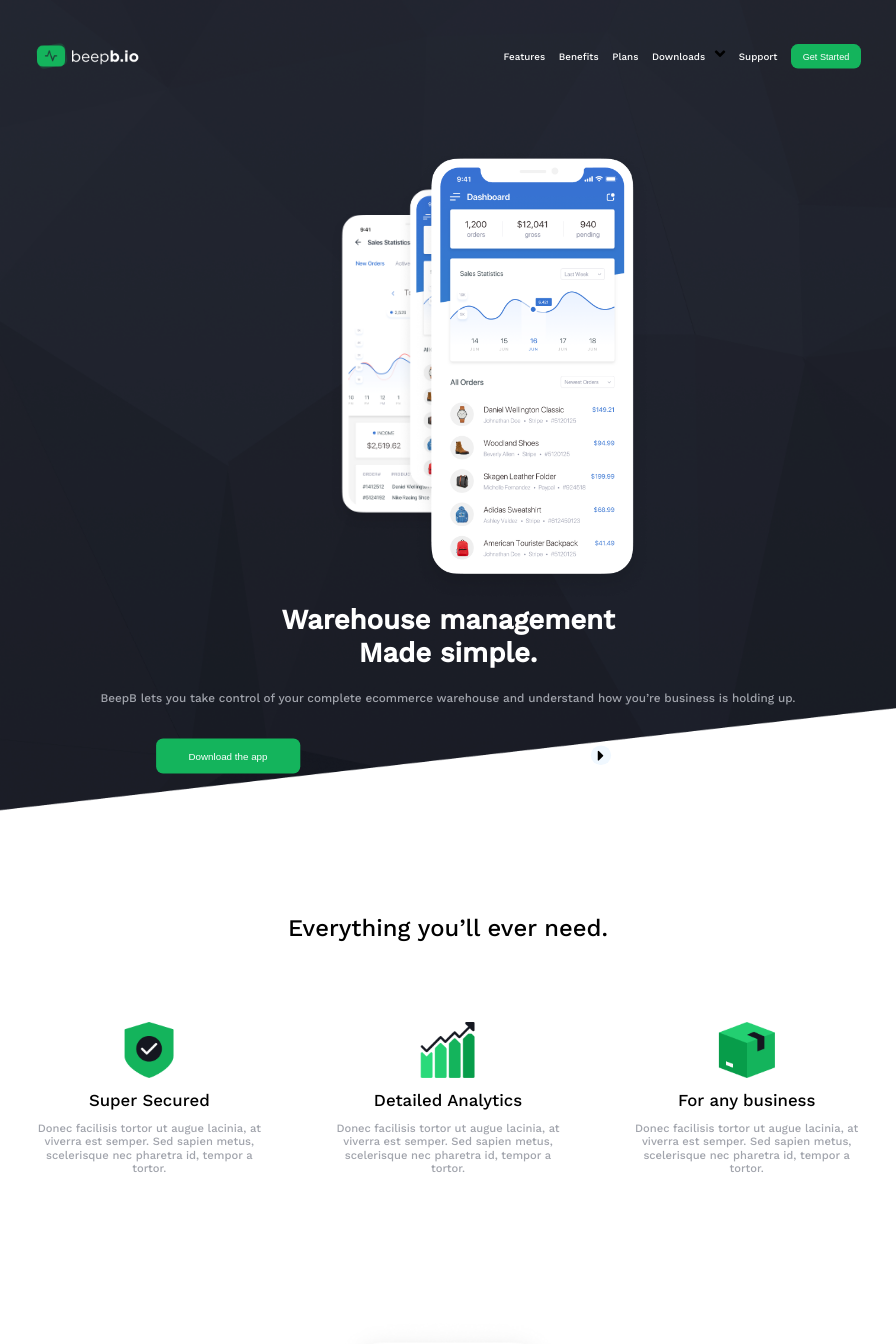
Repository: thinhnguyen347/thinhnguyen347.github.io
Page: cut-html-css/index.html
The author's editor kept a copy of each file at every save. The page is drawn from the files as they stood at one save, then again after the next save.
The browser window is 1280 px wide. The pictures show the part of the page from y = 0 to 1920 px (the page is 4913 px tall before and 4471 px after), at 70% of full size.

Above is the page before, as saved 2021-11-10 17:39:17.

### cut-html-css/index.html
<!-- Source: https://www.sketchappsources.com/free-source/3445-mobile-app-landing-page-sketch-freebie-resource.html -->

<!DOCTYPE html>
<html lang="en">

<head>
    <meta charset="UTF-8">
    <meta http-equiv="X-UA-Compatible" content="IE=edge">
    <meta name="viewport" content="width=device-width, initial-scale=1.0">
    <title>Mobile App</title>
    <link rel="shortcut icon" href="https://i.ibb.co/ypjQ3yW/M.png" type="image/x-icon">
    <link rel="stylesheet" href="./css/style.css">
    <link rel="stylesheet" href="./css/style2.css">
    <link rel="stylesheet" type="text/css" href="slick/slick.css" />
    <link rel="stylesheet" href="https://cdnjs.cloudflare.com/ajax/libs/font-awesome/5.15.3/css/all.min.css"
        integrity="sha512-iBBXm8fW90+nuLcSKlbmrPcLa0OT92xO1BIsZ+ywDWZCvqsWgccV3gFoRBv0z+8dLJgyAHIhR35VZc2oM/gI1w=="
        crossorigin="anonymous" />
    <script src="https://ajax.googleapis.com/ajax/libs/jquery/3.6.0/jquery.min.js"></script>

</head>

<body>
    <div class="container1">
        <div class="section1">
            <div class="menu-panel-desktop ">
                <div class="logo"><a href="#" target="_self"><img src="img/logo.png" alt="beepb.io" height="40px"></a>
                </div>

                <div class="menu">
                    <ul>
                        <li><a href="#">Features</a></li>
                        <li><a href="#">Benefits</a></li>
                        <li><a href="#">Plans</a></li>
                        <li class="menuitem"><a href="#">Downloads &nbsp; <i class="fas fa-angle-down"></i></a>
                            <ul class="drop-down">
                                <li><a href="#">Android version</a></li>
                                <li><a href="#">iOs version</a></li>
                                <li><a href="#">ChromeOS version</a></li>
                            </ul>
                        </li>
                        <li><a href="#">Support</a></li>
                        <li><button class="get-started fontwhite">Get Started</button></li>
                    </ul>

                </div>
            </div>
            <!-- Mobile menu -->
            <div class="menu-panel-mobile">

                <div class="logo-mobile">
                    <img class="menu-icon" src="https://i.ibb.co/6vzRnYW/menubtn-white.png" alt="menu" height="35px"
                        width="40px">
                    <a href="#" target="_self"><img src="img/logo.png" alt="beepb.io" height="40px"></a>
                </div>

                <div class="menu-mobile">
                    <div class="item"><a href="#">Features</a></div>
                    <div class="item"><a href="#">Benefits</a></div>
                    <div class="item"><a href="#">Finance</a></div>
                    <div class="item"><a href="#">Downloads</a></div>
                    <div class="item"><a href="#">Sign In</a></div>
                    <button class="get-started-mobile fontwhite">Sign Up</button>
                </div>
            </div>

            <!-- iPhone -->
            <div class="page1">
                <div class="iphone">
                    <img class="iphone-x1" src="img/iphone_x.png" alt="mobile-app" >
                    <img class="iphone-x2" src="img/iphone_x1.png" alt="mobile-app" >
                </div>

                <div class="hero-content fontwhite">
                    <h1>Warehouse management</h1>
                    <h1>Made simple.</h1><br><br>
                    <p>BeepB lets you take control of your complete ecommerce warehouse and understand how you’re
                        business is holding up.</p>
                    <br><br><br>
                    <div class="see-more">
                        <button class="download fontwhite"><a href="#">Download the app</button></a>
                        <div class="watch">
                            <div class="watch-icon"><i class="fas fa-caret-right"></i></div>
                            <div><a href="#">&nbsp;&nbsp; Watch How it Works</a></div>
                        </div>
                    </div>
                </div>
            </div>

            <div class="iphone-mobile">
                <img class="iphone-m" src="img/iphone_x1.png" alt="mobile-app">
                <img class="iphone-m" src="img/iphone_x.png" alt="mobile-app" width="340px">
            </div>
        </div>

        <div class="feature">

            <p>Everything you’ll ever need.</p>
            <div class="f-list">
                <div class="f-items">
                    <div class="f-icon"><img src="./img/shield.png" alt="super-secure"></div>
                    <div>
                        <p class="title">Super Secured</p><br>
                        <p class="f-detail">Donec facilisis tortor ut augue lacinia, at viverra est semper. Sed
                            sapien metus, scelerisque nec pharetra id, tempor a tortor.</p>
                    </div>
                </div>
                <div class="f-items">
                    <div class="f-icon"><img src="./img/bar-chart.png" alt="super-secure"></div>
                    <div>
                        <p class="title">Detailed Analytics</p><br>
                        <p class="f-detail">Donec facilisis tortor ut augue lacinia, at viverra est semper. Sed
                            sapien metus, scelerisque nec pharetra id, tempor a tortor.</p>
                    </div>
                </div>
                <div class="f-items">
                    <div class="f-icon"><img src="./img/box.png" alt="super-secure"></div>
                    <div>
                        <p class="title">For any business</p><br>
                        <p class="f-detail">Donec facilisis tortor ut augue lacinia, at viverra est semper. Sed
                            sapien metus, scelerisque nec pharetra id, tempor a tortor.</p>
                    </div>
                </div>
            </div>
        </div>

    </div>
    <div class="container2">

        <img class="oval-black" src="./img/oval-bl.png" alt="decoration">
        <div class="section2">
            <div class="section2__content">
                <div class="left-panel">
                    <div>
                        <div class="icon"><img src="img/cart1.png" alt="Detailed-Order-Information" width="30px"></div>
                        <p class="title">Detailed Order Information</p>
                        <p class="description">Donec facilisis tortor ut augue lacinia, at viverra est semper.</p>
                    </div>
                    <div>
                        <div class="icon bg"><img src="img/buyer1.png" alt="Detailed-Order-Information" width="30px">
                        </div>
                        <p class="title">Detailed Order Information</p>
                        <p class="description">Donec facilisis tortor ut augue lacinia, at viverra est semper.</p>
                    </div>
                </div>
                <div class="middle">
                    <img class="iphone-x3" src="img/iphone_x2.png" alt="mobile-app" width="340px">
                </div>
                <div class="right-panel">
                    <div>
                        <div class="icon bg"><img src="img/pie.png" alt="Detailed-Order-Information" width="30px"></div>
                        <p class="title">Detailed Order Information</p>
                        <p class="description">Donec facilisis tortor ut augue lacinia, at viverra est semper.</p>
                    </div>
                    <div>
                        <div class="icon bg"><img src="img/brain.png" alt="Detailed-Order-Information" width="30px">
                        </div>
                        <p class="title">Detailed Order Information</p>
                        <p class="description">Donec facilisis tortor ut augue lacinia, at viverra est semper.</p>
                    </div>
                </div>
            </div>
            <button class="download2 download fontwhite"><a href="#">Download App</a></button>
        </div>

        <div class="feature2">
            <img class="oval-green" src="./img/oval_gr.png" alt="decoration">
            <p class="business">For every kind of Business &excl;</p>
            <p class="sub-title">Donec facilisis tortor ut augue lacinia, at viverra est semper.</p>
            <div class="f-list">
                <div class="f-items">
                    <div class="img"><img src="./img/startup.png" alt="super-secure" width="320px"> </div>
                    <div>
                        <p class="title pdtop">Startups</p><br>
                        <p class="f-detail">In hac habitasse platea dictumst. Vivamus adipiscing fermentum quam volutpat
                            aliquam</p>
                    </div>
                </div>
                <div class="f-items">
                    <div class="img"><img src="./img/retailer.png" alt="super-secure" width="320px"></div>
                    <div>
                        <p class="title pdtop">Retailers</p><br>
                        <p class="f-detail">In hac habitasse platea dictumst. Vivamus adipiscing fermentum quam volutpat
                            aliquam</p>
                    </div>
                </div>
                <div class="f-items">
                    <div class="img"><img src="./img/indiv.png" alt="super-secure" width="320px"></div>
                    <div>
                        <p class="title pdtop">Individuals</p><br>
                        <p class="f-detail">In hac habitasse platea dictumst. Vivamus adipiscing fermentum quam volutpat
                            aliquam</p>
                    </div>
                </div>
            </div>
            <button class="download3"><a href="#">Learn more</a></button>
        </div>

        <div class="section3">
            <p class="business">Our users love the app!</p><br><br>
            <!-- Carousel  -->
            <div class="carousel-area">
                <div class="carousel">
                    <div>
                        <div class="review">
                            <p>Donec facilisis tortor ut augue lacinia, at viverra est semper. Sed sapien metus,
                                scelerisque
                                nec pharetra id, tempor a tortor.</p>
                        </div>
                        <div class="rate">
                            <div class="guest"><img src="./img/guest1.jpg" alt="review" width="100px"></div>
                            <div class="personal-rating">
                                <div class="guest-name">
                                    <p>Son Tung</p>
                                </div>
                                <div class="rating">
                                    <i class="far fa-star star-color"></i>
                                    <i class="far fa-star star-color"></i>
                                    <i class="far fa-star star-color"></i>
                                    <i class="far fa-star star-color"></i>
                                    <i class="far fa-star star-color"></i>
                                </div>
                            </div>
                        </div>
                    </div>
                    <div>
                        <div class="review">
                            <p>Donec facilisis tortor ut augue lacinia, at viverra est semper. Sed sapien metus,
                                scelerisque
                                nec pharetra id, tempor a tortor.</p>
                        </div>
                        <div class="rate">
                            <div class="guest"><img src="./img/guest2.jpg" alt="review" width="100px"></div>
                            <div class="personal-rating">
                                <div class="guest-name">
                                    <p>Min</p>
                                </div>
                                <div class="rating">
                                    <i class="far fa-star star-color"></i>
                                    <i class="far fa-star star-color"></i>
                                    <i class="far fa-star star-color"></i>
                                    <i class="far fa-star star-color"></i>
                                    <i class="fas fa-star star-gray"></i>
                                </div>
                            </div>
                        </div>
                    </div>
                    <div>
                        <div class="review">
                            <p>Donec facilisis tortor ut augue lacinia, at viverra est semper. Sed sapien metus,
                                scelerisque
                                nec pharetra id, tempor a tortor.</p>
                        </div>
                        <div class="rate">
                            <div class="guest"><img src="./img/guest3.jpg" alt="review" width="100px"></div>
                            <div class="personal-rating">
                                <div class="guest-name">
                                    <p>Soobin</p>
                                </div>
                                <div class="rating"><i class="far fa-star star-color"></i><i
                                        class="far fa-star star-color"></i><i class="far fa-star star-color"></i><i
                                        class="far fa-star star-color"></i><i class="far fa-star star-color"></i>
                                </div>
                            </div>
                        </div>
                    </div>
                </div>


            </div>
            <!-- End of Carousel  -->
        </div>

        <div class="bg-bottom">

            <div class="dld">
                <div>
                    <p class="title pdtop">Get started with the mobile app!</p><br>
                    <p class="f-detail">Donec facilisis tortor ut augue lacinia, at viverra est semper. Sed sapien
                        metus, scelerisque nec pharetra id, tempor a tortor.</p>
                </div>
                <br><br>
                <img src="./img/gglplay.png" alt="google-play" height="40px">&nbsp;
                <img src="./img/appstore.png" alt="appstore" height="40px">
            </div>


            <div class="container3">

                <div class="logo2"><a href="#" target="_self"><img src="img/logo.png" alt="beepb.io" height="40px"></a>
                </div>

                <div class="bottom-panel">
                    <div class="block-end">
                        <div class="bottom-title">FEATURES</div>
                        <div class="item-end"><a href="#">Tour</a></div>
                        <div class="item-end"><a href="#">Analytics</a></div>
                        <div class="item-end"><a href="#">Security</a></div>
                        <div class="item-end"><a href="#">Intelligent AI</a></div>
                        <div class="item-end"><a href="#">SmartEngine</a></div>
                    </div>
                    <div class="block-end">
                        <div class="bottom-title">DOWNLOADS</div>
                        <div class="item-end"><a href="#">Android (Google Play)</a></div>
                        <div class="item-end"><a href="#">iOs (App Store)</a></div>
                        <div class="item-end"><a href="#">ChromeOS (Coming soon)</a></div>
                    </div>
                    <div class="block-end">
                        <div class="bottom-title">RESOURCES</div>
                        <div class="item-end"><a href="#">API</a></div>
                        <div class="item-end"><a href="#">Mobile SDK</a></div>
                        <div class="item-end"><a href="#">Blog</a></div>
                        <div class="item-end"><a href="#">Videos</a></div>
                    </div>
                    <div class="block-end">
                        <div class="bottom-title">COMPANY</div>
                        <div class="item-end"><a href="#">About us</a></div>
                        <div class="item-end"><a href="#">Jobs</a></div>
                        <div class="item-end"><a href="#">Press & Media</a></div>
                        <div class="item-end"><a href="#">Sitemap</a></div>
                    </div>
                </div>

                <div class="social-media">
                    <div class="media-icon"><a href="http://www.facebook.com"><img src="./img/facebook.png"
                                alt="facebook" width="30px"></a></div>
                    <div class="media-icon "><a href="http://www.twitter.com"><img src="./img/twitter.png" alt="twitter"
                                width="30px"></a></div>
                    <div class="media-icon "><a href="http://www.youtube.com"><img src="./img/youtube.png" alt="youtube"
                                width="30px"></a></div>
                    <div class="media-icon"><a href="http://www.google.com"><img src="./img/googleplus.png"
                                alt="google-plus" width="30px"></a></div>
                </div>
            </div>
        </div>
    </div>
    <!-- SCRIPT -->

    <script src="https://code.jquery.com/jquery-3.6.0.slim.js"
        integrity="sha256-HwWONEZrpuoh951cQD1ov2HUK5zA5DwJ1DNUXaM6FsY=" crossorigin="anonymous"></script>
    <script type="text/javascript" src="slick/slick.min.js"></script>
    <script src="./main.js"></script>

</body>

</html>

### cut-html-css/css/style2.css
@media (max-width: 320px) {
  .feature p {
    color: black !important;
  }

  .container2 {
    padding: 0 !important;
  }

  .hero-content {
    width: 100%;
    padding: 20px;
    text-align: center;
  }

  .prevArrow,.nextArrow{
    display: none;
  }
}

@media (max-width: 768px) {

  .prevArrow,.nextArrow{
    display: none;
  }

  .section2,
  .bg-bottom {
    background-image: none;
  }

  .iphone,
  .menu-panel-desktop {
    display: none;
  }

  .feature p {
    color: black !important;
  }

  .menu-panel-mobile {
    display: block;
  }

  .hero-content {
    width: 100%;
    padding: 100px 50px 20px 50px;
    text-align: center;
  }

  .hero-content h1 {
    font-size: 2rem;
  }

  .see-more {
    display: block;
    margin: auto;
    width: 100%;
  }

  .watch {
    justify-content: center;
    padding-top: 50px;
    padding-bottom: 50px;
    width: 100%;
  }

  .iphone-mobile {
    display: flex;
    justify-content: center;
    flex-wrap: wrap;
  }

  .feature > p {
    font-size: 34px;
    padding-top: 60px;
    padding-bottom: 60px;
  }

  .feature {
    width: auto;
  }

  .f-list {
    display: flex;
    justify-content: space-around;
  }
  .container2 {
    padding: 15px;
    height: auto;
  }

  .container3 {
    background-color: #1e202a;
    border-radius: 10px;
  }
  .section2,
  .section3 {
    background-image: none;
  }

  .oval-green,
  .oval-black {
    display: none;
  }

  .download2 {
    margin: 40px auto;
  }

  .feature2 {
    width: auto;
  }
  .carousel {
    width: 95%;
  }

  .business {
    padding-top: 20px !important;
  }

  .review {
    width: 95%;
  }

  .dld {
    width: 100%;
    margin: 40px auto 40px auto;
  }

  .bottom-panel {
    width: 100%;
    justify-content: space-around;
  }

  .block-end {
    width: 40%;
    text-align: center;
    padding-bottom: 50px;
  }

  .social-media {
    width: 100%;
    display: flex;
    flex-direction: row;
    justify-content: flex-end;
    margin: auto;
    padding: 0 0 20px 0;
  }

  .content {
    padding-top: 40px;
  }

  .left-panel,
  .right-panel {
    display: block;
    text-align: center;
    width: 100% !important;
  }
}

@media (max-width: 1200px){

  .menu-panel-desktop {
    padding: 60px 50px 90px 50px;
  }
}


@media (max-width: 1400px) {
  .section2,
  .feature2,
  .bg-bottom {
    padding: 15px;
  }

  .section3 {
    background-image: none;
  }

  .menu-panel-desktop {
    padding: 60px 50px 90px 50px;
  }
  }

  .menu {
    width: 100%;
  }

  .get-started {
    width: 100px;
  }

  .page1 {
    width: 100%;
    display: flex;
    flex-wrap: wrap;
    justify-content: center;
  }

  /* .iphone {
    display: none;
  }

  .iphone-mobile {
    padding-top: 50px;
    display: flex;
    justify-content: space-around;
  } */

  .feature {
    width: 100%;
  }

  .content {
    flex-direction: column;
    padding-top: 50px;
  }

  .icon {
    margin: auto;
  }

  .left-panel,
.right-panel {
  display: flex;
  flex-direction: column;
  justify-content: center;
  align-content: space-between;
  width: 320px;
}

  .business {
    padding-top: 50px !important;
  }

  .bg-bottom {
    background-size: 200% !important;
  }

  .download2 {
    margin: 20px auto !important;
  }
}

Loaded but not shown: cut-html-css/slick/slick.css (common file); cut-html-css/slick/slick.min.js (library); cut-html-css/main.js (37 lines, source omitted); cut-html-css/css/style.css (529 lines, source omitted)

After the next save:
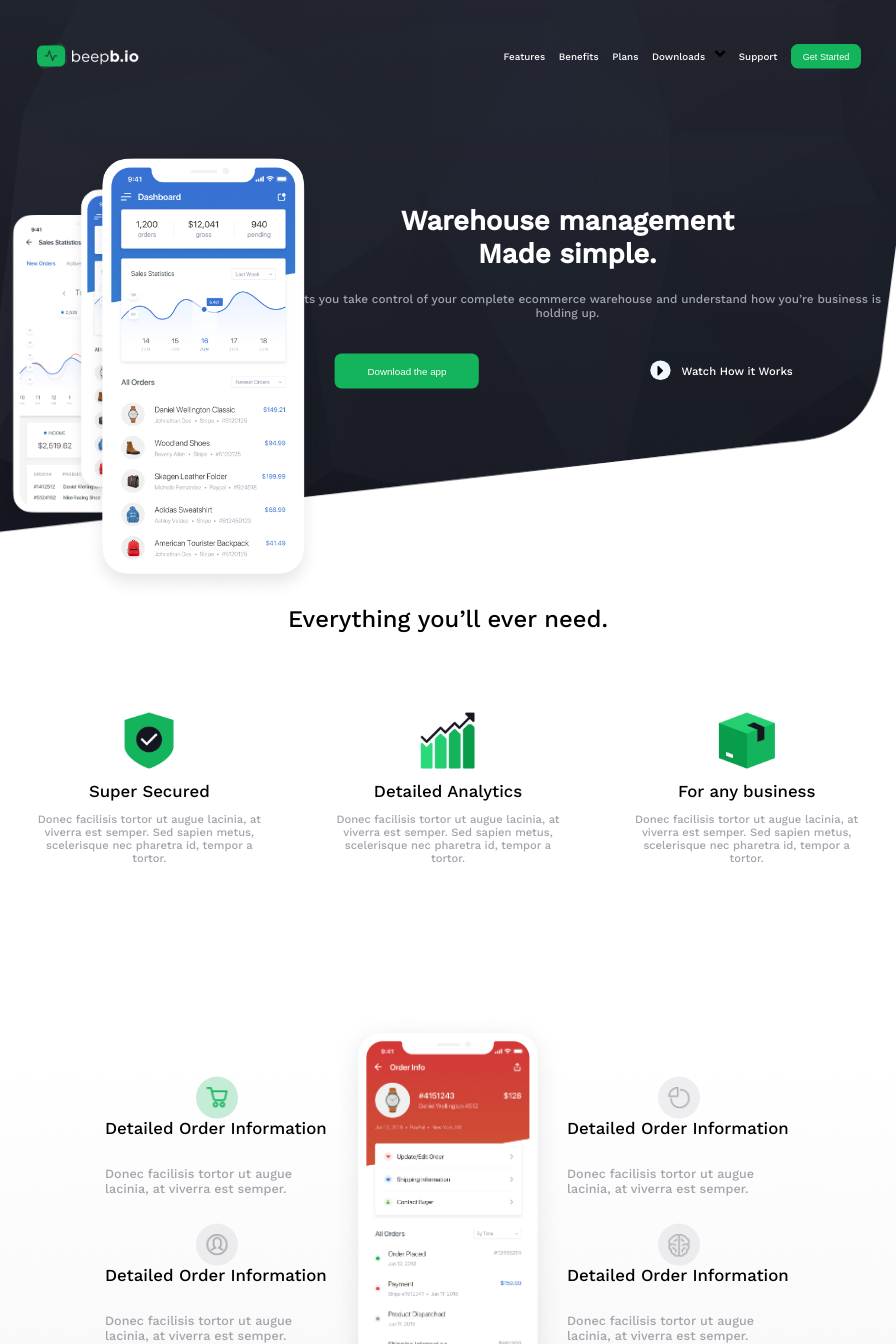
Saved 31 s later.
--- a/cut-html-css/css/style2.css
+++ b/cut-html-css/css/style2.css
@@ -195,7 +195,7 @@
   .page1 {
     width: 100%;
     display: flex;
-    flex-wrap: wrap;
+
     justify-content: center;
   }
 
